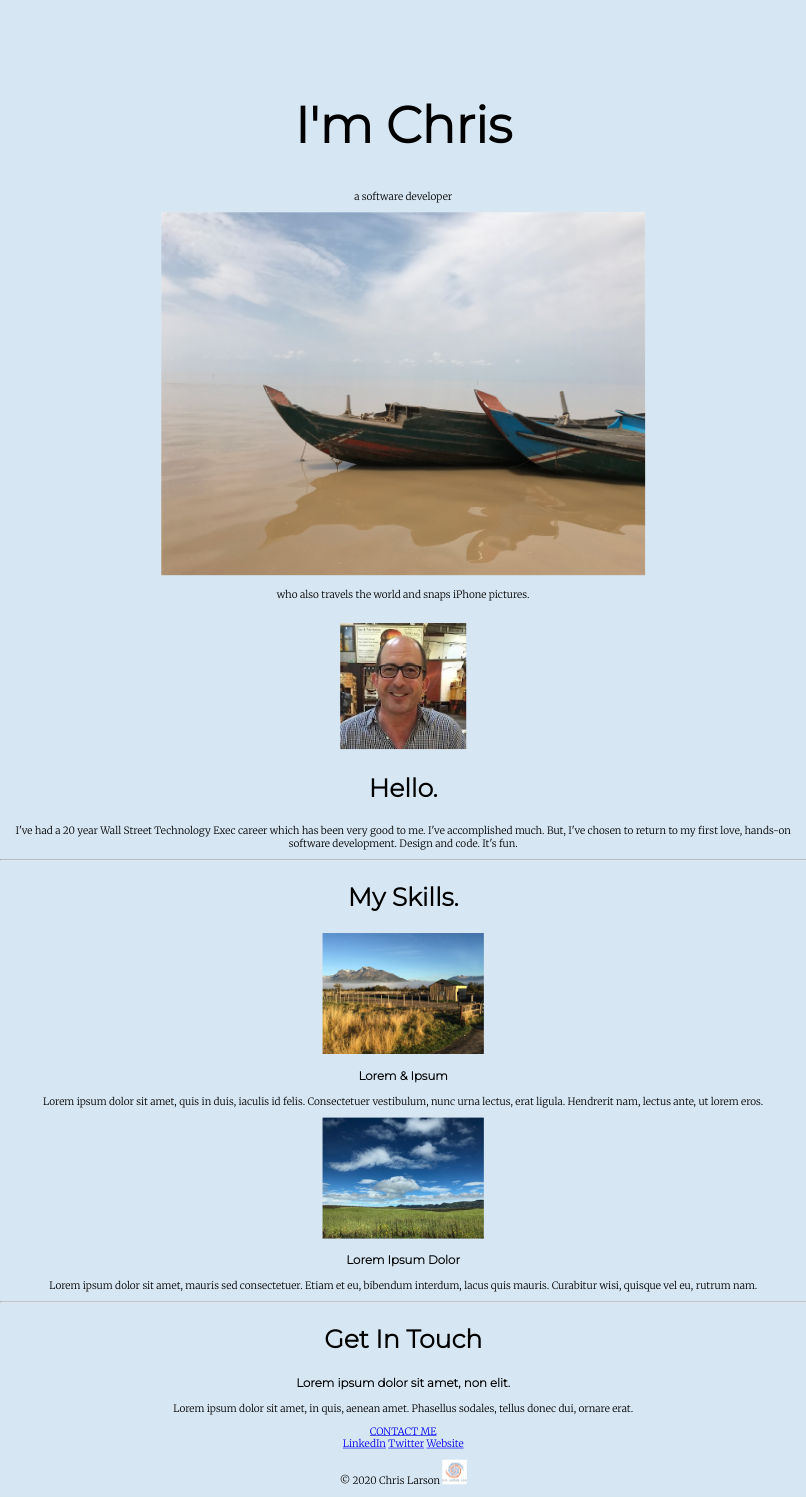
Repository: EpiTao-LLC/Personal_web_page
Page: index.html
These files come from the project's save history. The page is drawn as it stood at one moment and after the next save; the edit follows.
The browser window is 1280 px wide. The pictures show the whole page, at 63% of full size.

Above is the page before, as saved 2020-05-21 14:59:25.

After the next save:
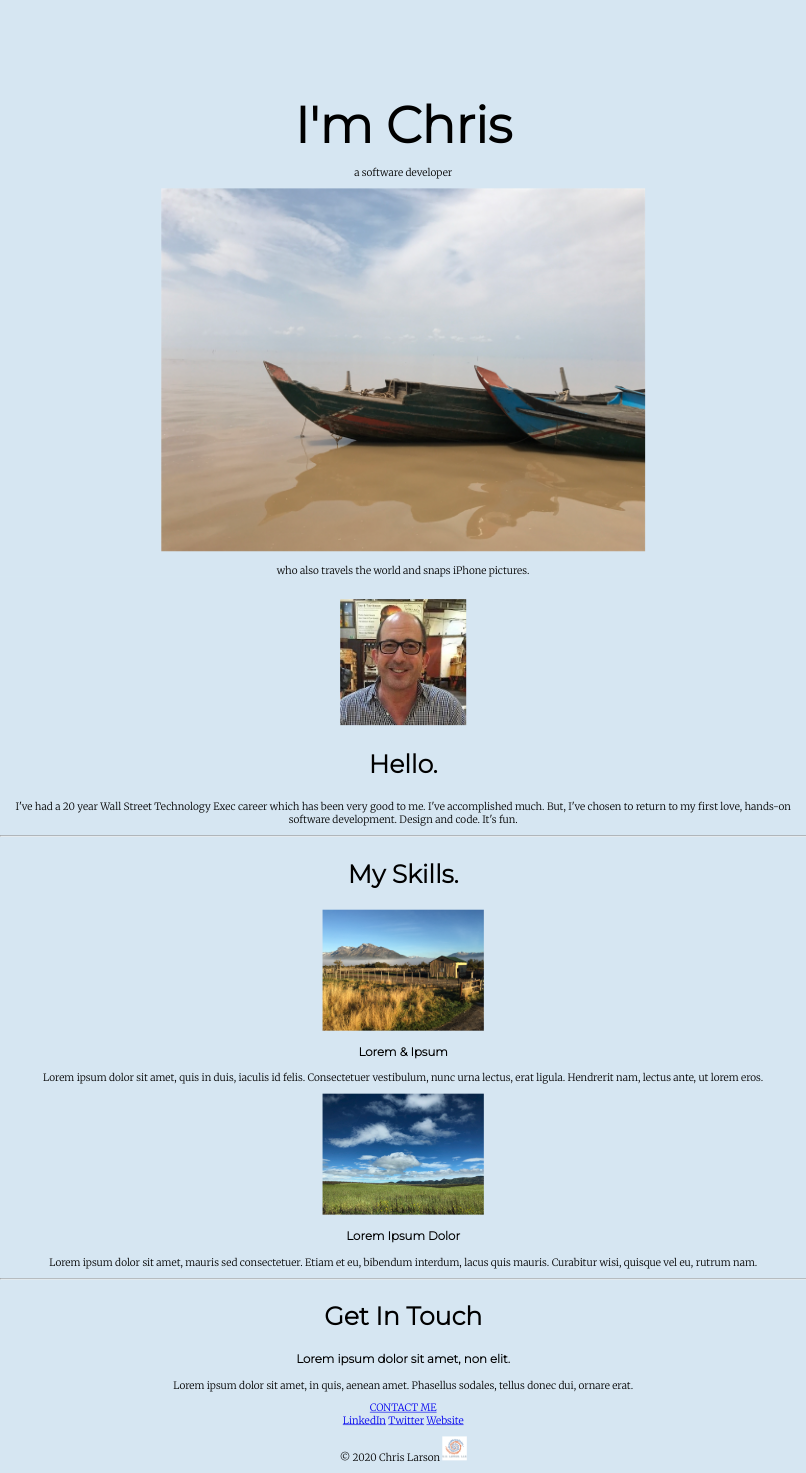
Saved 97 s later.
--- a/css/styles.css
+++ b/css/styles.css
@@ -5,7 +5,7 @@ body {
     font-family: 'Merriweather', serif;
 }
 h1 {
-    margin-top: 50px;
+    margin: 50px auto 0 auto;
     font-family: 'Montserrat', sans-serif;
     font-size: 5rem;
 }
